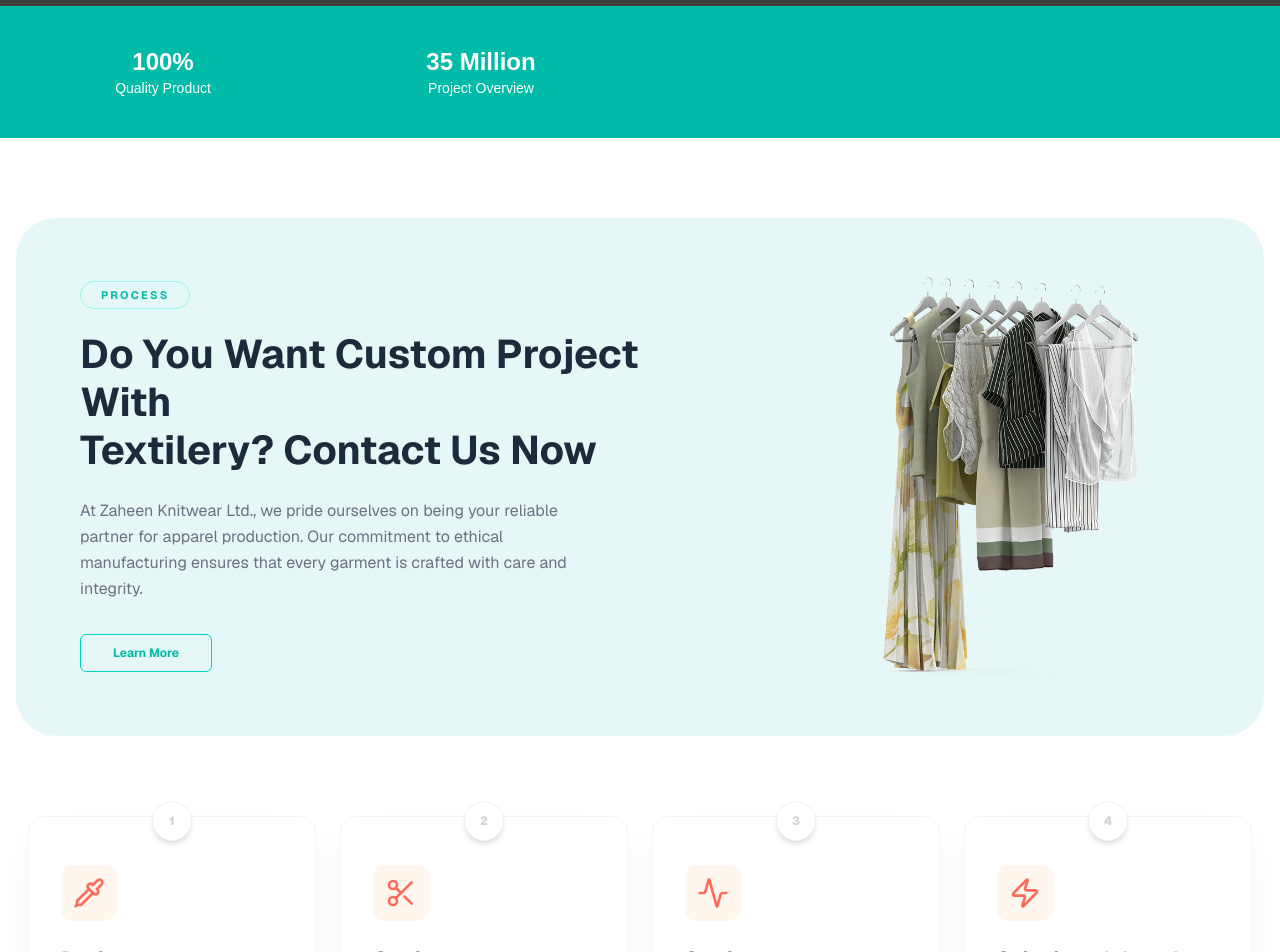
Repository: mdmuhibullahhabib/fullstack-assessment
Page: /
The author's editor kept a copy of each file at every save. The page is drawn from the files as they stood at one save, then again after the next save.
The browser window is 1280 px wide. The pictures show the part of the page from y = 572 to 1524 px (the page is 3063 px tall).
Pictures or frames that could not be fetched are drawn as grey boxes. The project was rebuilt for these pictures with package versions that can differ from the ones it lists, and the page was loaded fresh each time. The framework's server and built-in components were replaced by stand-ins that run in the browser. Also part of the build but not shown: next.config.mjs.

Above is the page before, as saved 2025-12-27 09:48:26.

### src/app/layout.js
import { Geist, Geist_Mono } from "next/font/google";
import "./globals.css";
import Navbar from "@/components/shared/Navbar";
import Footer from "@/components/shared/Footer";

const geistSans = Geist({
  variable: "--font-geist-sans",
  subsets: ["latin"],
});

const geistMono = Geist_Mono({
  variable: "--font-geist-mono",
  subsets: ["latin"],
});

export const metadata = {
  title: "Create Next App",
  description: "Generated by create next app",
};

export default function RootLayout({ children }) {
  return (
    <html lang="en">
      <body
        className={`${geistSans.variable} ${geistMono.variable} antialiased`}
      >
        <Navbar/>
        {children}
        <Footer/>
      </body>
    </html>
  );
}

### src/app/page.js
import Apparel from "@/components/home/Apparel";
import CustomProcess from "@/components/home/CustomProcess";
import Hero from "@/components/home/hero";
import Stats from "@/components/home/Stats";


export default function Home() {
  return (
    <>
      <Hero />
      <Stats />
      <CustomProcess />
      <Apparel />
    </>
  );
}

### src/components/shared/Navbar.jsx
"use client";

import Link from "next/link";
import { Menu, X, ShoppingCart, User } from "lucide-react";
import { useState } from "react";

export default function Navbar() {
  const [open, setOpen] = useState(false);

  return (
    <header className="w-full">
      {/* ===== Top Bar ===== */}
      <div className="bg-teal-500 text-white text-sm">
        <div className="max-w-7xl mx-auto flex justify-between items-center px-4 py-2">
          <p>📍 Kashimpur, Gazipur Sadar / Gazipur</p>
          <div className="flex items-center gap-4">
            <span>📞 +880 01713-027875</span>
            <div className="flex gap-2">
              <span>f</span>
              <span>x</span>
              <span>▶</span>
              <span>📷</span>
            </div>
          </div>
        </div>
      </div>

      {/* ===== Main Navbar ===== */}
      <div className="bg-white shadow">
        <div className="max-w-7xl mx-auto flex items-center justify-between px-4 py-4">

          {/* Logo */}
          <Link href="/" className="flex items-center gap-2">
            <div className="w-10 h-10 bg-green-500 rounded flex items-center justify-center text-white font-bold">
              Z
            </div>
            <span className="font-bold text-lg text-gray-800">
              Company
            </span>
          </Link>

          {/* Desktop Menu */}
          <nav className="hidden md:flex items-center gap-8 text-gray-700 font-medium">
            <Link href="/">Home</Link>
            <Link href="/about">About Us</Link>
            <Link href="/services">Our Services</Link>
            <Link href="/products">Our Products</Link>
            <Link href="/blogs">Blogs</Link>
          </nav>

          {/* Right Actions */}
          <div className="hidden md:flex items-center gap-4">
            <ShoppingCart className="cursor-pointer" />
            <div className="w-8 h-8 bg-red-500 rounded-full flex items-center justify-center text-white">
              M
            </div>
            <Link
              href="/contact"
              className="bg-orange-500 text-white px-4 py-2 rounded"
            >
              Contact Us
            </Link>
          </div>

          {/* Mobile Menu Button */}
          <button
            onClick={() => setOpen(!open)}
            className="md:hidden"
          >
            {open ? <X /> : <Menu />}
          </button>
        </div>

        {/* ===== Mobile Menu ===== */}
        {open && (
          <div className="md:hidden bg-white border-t">
            <nav className="flex flex-col gap-4 px-4 py-4 text-gray-700">
              <Link href="/">Home</Link>
              <Link href="/about">About Us</Link>
              <Link href="/services">Our Services</Link>
              <Link href="/products">Our Products</Link>
              <Link href="/blogs">Blogs</Link>

              <div className="flex items-center gap-4 pt-4">
                <ShoppingCart />
                <User />
                <Link
                  href="/contact"
                  className="bg-orange-500 text-white px-4 py-2 rounded"
                >
                  Contact Us
                </Link>
              </div>
            </nav>
          </div>
        )}
      </div>
    </header>
  );
}

### src/components/shared/Footer.jsx
import Image from "next/image";
import Link from "next/link";

export default function Footer() {
  return (
    <footer className="bg-[#f8f8f8] border-t">
      <div className="max-w-7xl mx-auto px-4 py-12">

        {/* ===== Top Section ===== */}
        <div className="grid grid-cols-1 md:grid-cols-4 gap-10">

          {/* Logo & Contact */}
          <div className="space-y-4">
            <div className="flex items-center gap-3">
              <Image src="/logo.png" alt="logo" width={48} height={48} />
              <Image src="/logo2.png" alt="logo2" width={48} height={48} />
            </div>

            <p className="text-sm text-gray-600 flex gap-2">
              📍 29 SE 2nd Ave, Miami, FL 33131, United States
            </p>
            <p className="text-sm text-gray-600">
              ✉ info@zaheen.com
            </p>
            <p className="text-sm font-semibold">
              📞 (+92) 3942 7879
            </p>
          </div>

          {/* Pages */}
          <div>
            <h4 className="font-semibold mb-4 uppercase text-sm">Pages</h4>
            <ul className="space-y-2 text-sm text-gray-600">
              <li><Link href="#">About Us</Link></li>
              <li><Link href="#">Our Services</Link></li>
              <li><Link href="#">Our Products</Link></li>
            </ul>
          </div>

          {/* Information */}
          <div>
            <h4 className="font-semibold mb-4 uppercase text-sm">Information</h4>
            <ul className="space-y-2 text-sm text-gray-600">
              <li><Link href="#">My Account</Link></li>
              <li><Link href="#">Corporate Enquiries</Link></li>
              <li><Link href="#">FAQs</Link></li>
            </ul>
          </div>
        </div>

        {/* ===== Payment Channels (SAME ROW STYLE) ===== */}
        <div className="mt-10">
          <h4 className="font-semibold text-sm mb-4">PAYMENT CHANNELS</h4>

          <div className="flex flex-wrap gap-3">
            {[
              "visa",
              "mastercard",
              "amex",
              "bKash",
              "nagad",
              "rocket",
              "upay",
              "tap",
              "citybank",
              "bracbank",
              "easternbank",
              "standardchartered",
            ].map((logo) => (
              <div
                key={logo}
                className="bg-white border rounded-md px-4 py-2 flex items-center justify-center"
              >
                <Image
                  src={`/payments/${logo}.png`}
                  alt={logo}
                  width={48}
                  height={28}
                  className="object-contain"
                />
              </div>
            ))}
          </div>
        </div>

        {/* ===== Bottom Bar ===== */}
        <div className="border-t mt-10 pt-6 flex flex-col md:flex-row justify-between items-center gap-4 text-sm text-gray-600">

          <p>
            Copyright ©{" "}
            <span className="text-orange-500 font-medium">
              360D Soul Limited
            </span>{" "}
            2025. All rights reserved.
          </p>

          <div className="flex gap-4 text-lg">
            <span>f</span>
            <span>x</span>
            <span>📷</span>
          </div>

          <div className="flex gap-4">
            <Link href="#">Terms & Condition</Link>
            <Link href="#">Privacy & Policy</Link>
            <Link href="#">Refund Policy</Link>
          </div>
        </div>

      </div>
    </footer>
  );
}

### src/components/home/Apparel.jsx
export default function Apparel() {
  const products = [
    {
      name: "Denim Jacket",
      price: "$10.00",
      img: "https://images.unsplash.com/photo-1520975916090-3105956dac38",
    },
    {
      name: "Hoodie",
      price: "$12.00",
      img: "https://images.unsplash.com/photo-1520974735194-6c9c0c13ed3d",
    },
    {
      name: "T-Shirt",
      price: "$8.00",
      img: "https://images.unsplash.com/photo-1583743814966-8936f5b7be1a",
    },
  ];

  return (
    <section className="bg-gray-50 py-16">
      <div className="max-w-7xl mx-auto px-4">
        <h2 className="text-2xl font-bold mb-8">Our Apparels</h2>

        <div className="grid sm:grid-cols-2 md:grid-cols-3 gap-6">
          {products.map((p, i) => (
            <div key={i} className="bg-white border rounded overflow-hidden">
              <img src={p.img} className="h-56 w-full object-cover" />
              <div className="p-4">
                <h3 className="font-semibold">{p.name}</h3>
                <p className="text-sm text-gray-600">{p.price}</p>
                <button className="mt-3 w-full bg-teal-500 text-white py-2 rounded">
                  Add to Cart
                </button>
              </div>
            </div>
          ))}
        </div>
      </div>
    </section>
  );
}

### src/components/home/CustomProcess.jsx
"use client"
import Image from "next/image";
import { Scissors, Pipette, Zap, Activity, Repeat, ClipboardCheck, Box } from "lucide-react";
import bgImage from "../../../public/home/ProcessImage-1.png";
import rightImage from "../../../public/home/ProcessImage-2.png";

export default function CustomProcess() {
    const steps = [
        { number: 1, title: "Dyeing", desc: "Adding color to biodegradable materials.", icon: <Pipette className="w-8 h-8 text-[#FF6B5B]" /> },
        { number: 2, title: "Cutting", desc: "Eco-friendly clothing items for all shapes and sizes.", icon: <Scissors className="w-8 h-8 text-[#FF6B5B]" /> },
        { number: 3, title: "Sewing", desc: "Vouching for the ultimate sturdiness and durability of the fabric.", icon: <Activity className="w-8 h-8 text-[#FF6B5B]" /> },
        { number: 4, title: "Snipping of thread", desc: "A neat edge, a soft and smooth finish.", icon: <Zap className="w-8 h-8 text-[#FF6B5B]" /> },
        { number: 5, title: "Ironing", desc: "Ironing it before shipping.", icon: <Repeat className="w-8 h-8 text-[#FF6B5B]" /> },
        { number: 6, title: "Checking", desc: "Going through each clothing piece to ensure supreme quality standards are met.", icon: <ClipboardCheck className="w-8 h-8 text-[#FF6B5B]" /> },
        { number: 7, title: "Package", desc: "Folding and packing with the utmost care.", icon: <Box className="w-8 h-8 text-[#FF6B5B]" /> },
    ];

    return (
        <section className="bg-white py-20 px-4 font-sans">
            <div className="max-w-7xl mx-auto">

                {/* ===== TOP SECTION ===== */}
                <div className="relative bg-[#E6F7F8] rounded-[40px] overflow-hidden flex flex-col md:flex-row items-stretch mb-20 min-h-[450px]">

                    {/* Left Content Box (White with bgImage and Torn Edge) */}
                    <div
                        className="relative z-20 w-full md:w-[60%] p-10  md:p-16 flex flex-col justify-center items-start "
                        style={{
                            backgroundImage: `url(${bgImage})`,
                            backgroundSize: "cover",
                            backgroundPosition: "center",
                        }}
                    >
                        <div className="mb-6">
                            <span className="px-5 py-1.5 rounded-full border border-teal-200 text-teal-500 text-[11px] font-bold uppercase tracking-[0.2em]">
                                Process
                            </span>
                        </div>

                        <h2 className="text-3xl md:text-[40px] font-bold text-[#1a2b3c] leading-[1.2] mb-6">
                            Do You Want Custom Project With <br className="hidden lg:block" /> Textilery? Contact Us Now
                        </h2>

                        <p className="text-gray-500 text-sm md:text-base leading-relaxed max-w-lg mb-8">
                            At Zaheen Knitwear Ltd., we pride ourselves on being your reliable partner for
                            apparel production. Our commitment to ethical manufacturing ensures that
                            every garment is crafted with care and integrity.
                        </p>

                        <button className="border-[1.5px] border-teal-400 text-teal-500 px-8 py-2.5 rounded-md font-bold text-xs hover:bg-teal-500 hover:text-white transition-all">
                            Learn More
                        </button>
                    </div>

                    {/* Right Content (Image of hanging clothes) */}
                    <div className="w-full md:w-[40%] relative flex items-center justify-center py-10">
                        <div className="relative w-[85%] h-[400px]">
                            <Image
                                src={rightImage}
                                alt="Clothing Preview"
                                fill
                                className="object-contain"
                                priority
                            />
                        </div>
                    </div>
                </div>

                {/* ===== PROCESS STEPS GRID ===== */}
                <div className="flex flex-wrap justify-center gap-6">
                    {steps.map((step, index) => (
                        <div
                            key={step.number}
                            className={`
                relative bg-white p-8 pt-12 rounded-2xl shadow-[0_15px_40px_-15px_rgba(0,0,0,0.1)]
                border border-gray-100 flex flex-col items-start transition-all hover:-translate-y-2
                w-full sm:w-[calc(50%-1.5rem)] lg:w-[calc(25%-1.5rem)]
                ${index >= 4 ? 'lg:translate-y-2' : ''}
              `}
                        >
                            {/* Step Number Circle */}
                            <div className="absolute -top-4 left-1/2 -translate-x-1/2 w-10 h-10 bg-white border border-gray-100 shadow-md rounded-full flex items-center justify-center text-xs font-black text-gray-300">
                                {step.number}
                            </div>

                            <div className="mb-6 bg-orange-50 p-3 rounded-xl">
                                {step.icon}
                            </div>

                            <h3 className="text-xl font-bold text-slate-800 mb-3">
                                {step.title}
                            </h3>
                            <p className="text-[14px] text-gray-500 leading-relaxed">
                                {step.desc}
                            </p>
                        </div>
                    ))}
                </div>

            </div>
        </section>
    );
}

### src/components/home/hero.jsx
export default function Hero() {
  return (
    <section className="relative bg-black text-white">
      <img
        src="https://images.unsplash.com/photo-1520975916090-3105956dac38"
        className="absolute inset-0 w-full h-full object-cover opacity-40"
      />

      <div className="relative max-w-7xl mx-auto px-4 py-28 grid md:grid-cols-2 gap-10">
        <div>
          <p className="text-sm uppercase mb-3 text-teal-400">
            Textile & Garments
          </p>
          <h1 className="text-4xl md:text-5xl font-bold mb-5">
            High-Quality Garments. <br /> Ethically Made.
          </h1>
          <p className="text-gray-300 mb-6">
            We manufacture premium garments using ethical and sustainable
            practices.
          </p>

          <div className="flex gap-4">
            <button className="bg-orange-500 px-6 py-3 rounded">
              Explore
            </button>
            <button className="border px-6 py-3 rounded">
              Contact Us
            </button>
          </div>
        </div>
      </div>
    </section>
  );
}

### src/components/home/Stats.jsx
export default function Stats() {
  const stats = [
    { title: "Quality Product", value: "100%" },
    { title: "Project Overview", value: "35 Million" },
  ];

  return (
    <section className="bg-teal-500 text-white">
      <div className="max-w-7xl mx-auto px-4 py-10 grid grid-cols-2 md:grid-cols-4 gap-6 text-center">
        {stats.map((s, i) => (
          <div key={i}>
            <h3 className="text-2xl font-bold">{s.value}</h3>
            <p className="text-sm">{s.title}</p>
          </div>
        ))}
      </div>
    </section>
  );
}

Loaded but not shown: src/app/globals.css (common file)

After the next save:
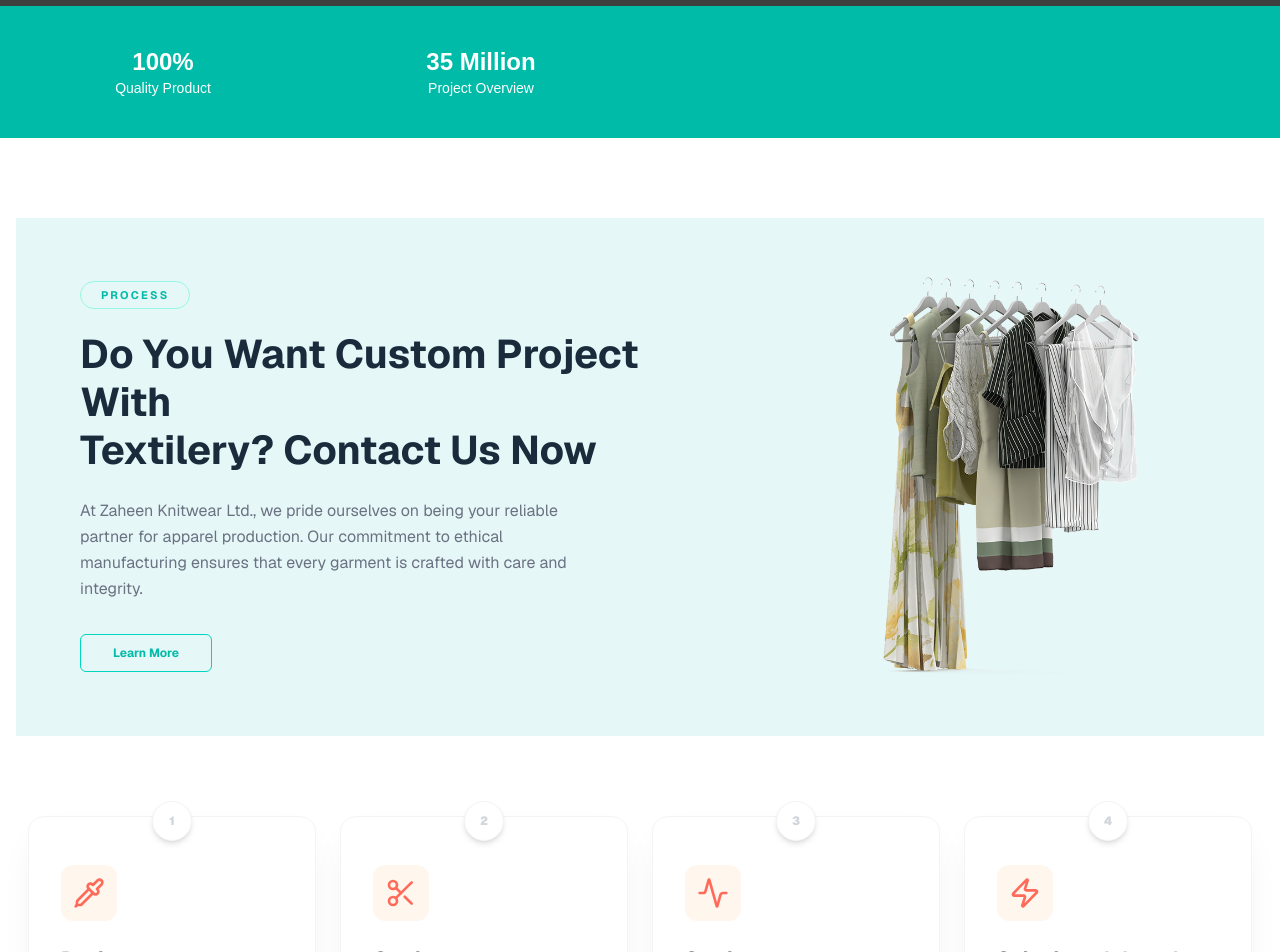
Saved 24 s later.
--- a/src/components/home/CustomProcess.jsx
+++ b/src/components/home/CustomProcess.jsx
@@ -20,7 +20,7 @@
             <div className="max-w-7xl mx-auto">
 
                 {/* ===== TOP SECTION ===== */}
-                <div className="relative bg-[#E6F7F8] rounded-[40px] overflow-hidden flex flex-col md:flex-row items-stretch mb-20 min-h-[450px]">
+                <div className="relative bg-[#E6F7F8] overflow-hidden flex flex-col md:flex-row items-stretch mb-20 min-h-[450px]">
 
                     {/* Left Content Box (White with bgImage and Torn Edge) */}
                     <div
